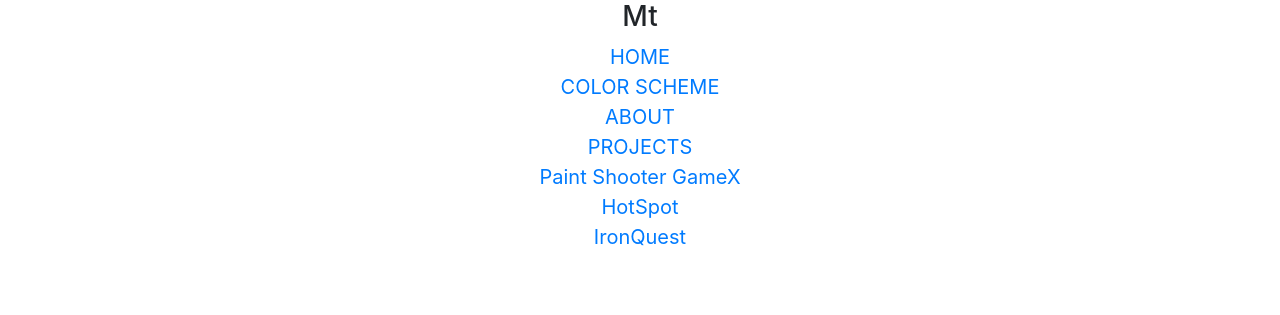
Repository: MikeTroianello/troianello.co
Page: /projects
An editor plug-in stored every save of this project. The page is shown before and after the next save, followed by the edit.
The browser window is 1280 px wide. The pictures show the whole page.
The project was rebuilt for these pictures with package versions that can differ from the ones it lists, and the page was loaded fresh each time. Also part of the build but not shown: src/components/locations/Home.js, src/components/locations/Colors.js, src/components/locations/About.js, src/components/locations/NotFound.js.

Above is the page before, as saved 2019-06-25 23:41:02.

After the next save:
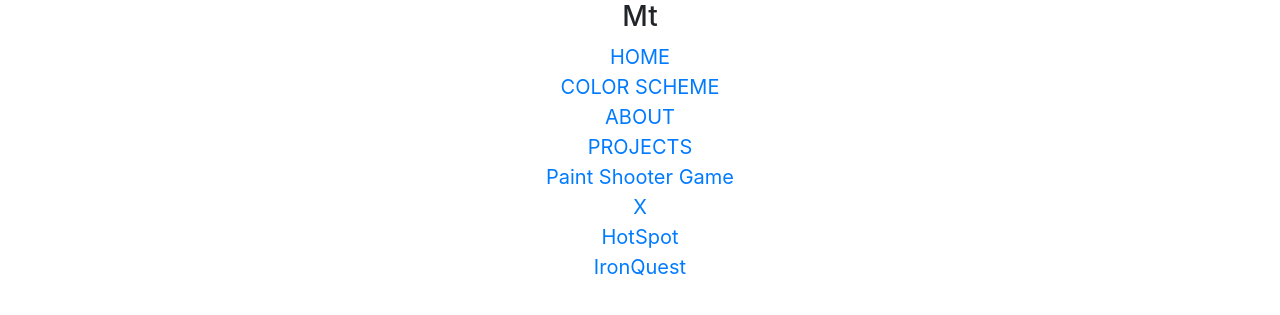
Saved 37 s later.
--- a/src/components/locations/Projects.js
+++ b/src/components/locations/Projects.js
@@ -6,11 +6,13 @@
       <div>
         <a
           target='_blank'
-          href='​#https://miketroianello.github.io/Paint/paint.html'
+          href='​https://miketroianello.github.io/Paint/paint.html'
         >
           Paint Shooter Game
         </a>
-        <a href='https://kingdomofloathing.com'>X</a>
+        <div>
+          <a href='https://kingdomofloathing.com'>X</a>
+        </div>
       </div>
       <div>
         <a
